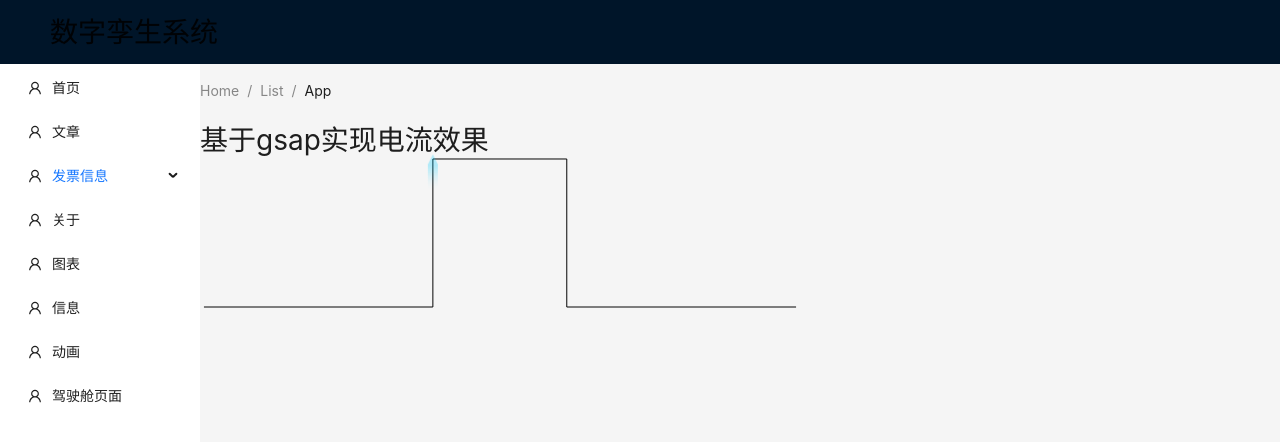
Repository: HailiePan/webpack-react-practice
Page: /animation
These files come from the project's save history. The page is drawn as it stood at one moment and after the next save; the edit follows.
The browser window is 1280 px wide. The pictures show the whole page.
The project was rebuilt for these pictures with package versions that can differ from the ones it lists, and the page was loaded fresh each time. Also part of the build but not shown: src/pages/Animation/component/ScrollAnimation/index.jsx, src/pages/Home.jsx, src/pages/Invoices/index.jsx, src/pages/Invoices/Invoice.jsx, src/pages/Invoices/Pending.jsx, src/pages/Invoices/Complete.jsx, src/components/CommonBox/index.less, src/components/CommonBox/index.jsx and 27 more.

Above is the page before, as saved 2024-01-24 17:00:05.

### index.html
<!--
 * Author  hailie.pan
 * Date  2023-10-08 16:03:03
 * LastEditors  hailie.pan
 * LastEditTime  2023-10-08 16:03:04
 * Description  file content
-->
<!--
 * Author  hailie.pan
 * Date  2023-10-07 17:34:05
 * LastEditors  hailie.pan
 * LastEditTime  2023-10-07 17:34:06
 * Description  file content
-->
<!DOCTYPE html>
<html lang="en">
  <head>
    <meta charset="UTF-8" />
    <meta http-equiv="X-UA-Compatible" content="IE=edge" />
    <meta name="viewport" content="width=device-width, initial-scale=1.0" />
    <title>Document</title>
  </head>
  <body>
    <div id="app"></div>
  </body>
</html>

### src/index.jsx
/*
 * Author  hailie.pan
 * Date  2023-10-07 17:16:58
 * LastEditors  hailie.pan
 * LastEditTime  2023-10-24 17:39:40
 * Description  file content
 */
import React, { StrictMode } from "react";
import * as ReactDOM from "react-dom/client";
import { BrowserRouter, useRoutes } from "react-router-dom";
import { routes } from "@/router";
const App = () => {
  return useRoutes(routes);
};
const root = ReactDOM.createRoot(document.getElementById("app"));
// v18 的新方法
root.render(
  <StrictMode>
    <BrowserRouter>
      <App />
    </BrowserRouter>
  </StrictMode>
);

// BrowserRouter下直接渲染useRoutes,routes里配置好路径对应的组件
// 然后就会显示路径对应的组件
// useRoutes(routes)必须在函数里写着

### src/router/index.js
/*
 * @Author: Hailie.Pan
 * @Date: 2023-11-28 10:30:45
 * @LastEditors: Hailie.Pan
 * @LastEditTime: 2024-01-11 10:41:08
 * @Description:
 */
/*
 * Author  hailie.pan
 * Date  2023-10-13 17:13:27
 * LastEditors  hailie.pan
 * LastEditTime  2023-11-28 10:30:45
 * Description  file content
 */
import React from "react";
import { useRoutes } from "react-router-dom";

import BaseLayout from "@/BaseLayout";

import Home from "@/pages/Home";
import Invoices from "@/pages/Invoices";
import Invoice from "@/pages/Invoices/Invoice";
import Pending from "@/pages/Invoices/Pending";
import Complete from "@/pages/Invoices/Complete";
import About from "@/pages/About";
import Article from "@/pages/Article";
import ControlRoomFirstPage from "@/pages/ControlRoomFirstPage";
import Chart from "@/pages/Chart";
import Info from "@/pages/Info";
import Animation from '@/pages/Animation'

const routes = [
  {
    path: "/",
    element: <BaseLayout />,
    name: "一级场景",
    children: [
      { path: "/home", element: <Home />, name: "首页" },
      { path: "/article", element: <Article />, name: "文章" },
      {
        // path: "/invoices",
        // element: <Invoices />,
        name: "发票信息",
        children: [
          {
            path: "/invoices/invoicesDetail/:id",
            element: <Invoice />,
            name: "发票1详情",
          },
          {
            path: "/invoices/pending",
            element: <Pending />,
            name: "发票2详情",
          },
          {
            path: "/invoices/complete",
            element: <Complete />,
            name: "发票3详情",
          },
        ],
      },

      {
        path: "/about",
        element: <About />,
        name: "关于",
      },
      {
        path: "/chart",
        element: <Chart />,
        name: "图表",
      },
      {
        path: "/info",
        element: <Info />,
        name: "信息",
      },
      {
        path: "/animation",
        element: <Animation />,
        name: "动画",
      },
    ],
  },
  {
    path: "/controlRoomFirstPage",
    element: <ControlRoomFirstPage />,
    name: "驾驶舱页面",
  },
];

export { routes };

### src/BaseLayout/index.jsx
/*
 * Author  hailie.pan
 * Date  2023-10-13 17:28:32
 * LastEditors  hailie.pan
 * LastEditTime  2023-12-04 10:37:50
 * Description  file content
 */

import React, {useEffect, useCallback, useState, useMemo } from 'react';
import { LaptopOutlined, NotificationOutlined, UserOutlined } from '@ant-design/icons';
import { Breadcrumb, Layout, Menu, theme } from 'antd';
import { Link, NavLink, useRoutes, Navigate, Outlet } from 'react-router-dom';
import { gsap } from "gsap";
import { ScrollTrigger } from 'gsap/ScrollTrigger.js'
import { routes } from '@/router';
import StateContext from './data.js';
import styles from './index.less';
import ScrollAnimation from '@/pages/Animation/component/ScrollAnimation'
const { Header, Content, Sider } = Layout;

export default function BaseLayout() {
  // console.log("routes", routes);
  const [selectedMenuKeys, setSelectedMenuKeys] = useState([]);

  // useMemo缓存菜单的计算方法，避免每次刷新时都计算一遍
  // 这个菜单的算法还是不太优美，不好维护
  let showMenu = useMemo(
    () =>
      routes
        .map((item, index) => {
          if (item.children) {
            const arr2 = item.children.map((c, cIndex) => {
              return {
                key: cIndex,
                icon: React.createElement(UserOutlined),
                name: c.name,
                label: (
                  <NavLink to={c.path} state={'From App'}>
                    {c.name}
                  </NavLink>
                ),
                children: c?.children?.map((t, tIndex) => ({
                  key: `${cIndex}-${tIndex}`,
                  icon: React.createElement(UserOutlined),
                  name: t.name,
                  label: <NavLink to={t.path}>{t.name}</NavLink>
                }))
              };
            });
            return arr2;
          } else {
            return {
              key: 'dandu' + index,
              icon: React.createElement(UserOutlined),
              name: item.name,
              label: (
                <NavLink to={item.path} state={'From App'}>
                  {item.name}
                </NavLink>
              )
            };
          }
        })
        .flat(), // arr2是个数组，放到showMenu数组里需要拉平
    []
  );
  showMenu.flat();
  // console.log("showMenu", showMenu);

  const menuArr = [
    {
      key: 0,
      icon: React.createElement(UserOutlined),
      label: (
        <NavLink to="/home" state={'From App'}>
          首页
        </NavLink>
      )
    },

    {
      key: 1,
      icon: React.createElement(LaptopOutlined),
      label: <NavLink to="invoices">发票信息</NavLink>,
      children: [
        {
          key: '1-0',
          label: <NavLink to="/invoices/invoicesDetail/1?a=a&b=b">发票1详情页</NavLink>
        },
        {
          key: '1-1',
          label: <NavLink to="/invoices/pending?fromPage=菜单点击">发票2详情页</NavLink>
        },
        {
          key: '1-2',
          label: (
            <NavLink to="/invoices/complete" state={'左侧菜单点击'}>
              发票3详情页
            </NavLink>
          )
        }
      ]
    },
    {
      key: 2,
      icon: React.createElement(NotificationOutlined),
      label: <NavLink to="about">关于</NavLink>
    },
    {
      key: 3,
      icon: React.createElement(NotificationOutlined),
      label: <NavLink to="controlRoomFirstPage">驾驶舱页面</NavLink>
    },
    {
      key: 4,
      icon: React.createElement(LaptopOutlined),
      label: <NavLink to="article">文章</NavLink>
    }
  ];

  const onSelectMenu = ({ item, key, keyPath, selectedKeys, domEvent }) => {
    setSelectedMenuKeys([key]);
  };

  const [state, setState] = useState('playing');

  // useEffect(()=>{
  //   gsap.registerPlugin(ScrollTrigger)
  //     // 绿色方块
  //     gsap.to("#ewrwer", {
  //       rotation: 900,
  //       x:400,
  //       duration: 1,
  //       scrollTrigger: {
  //         trigger: '#ewrwer', // 动画的元素
  //         scroller: document.getElementById('21321'), // 滚动的元素
  //         scrub: 2,
  //         markers: true,
  //       },

  //     });
  // },[])

  return (
    <Layout className={styles.layoutWrap}>
{/*
      <div className={styles.box} id='21321'>
        <div className={styles.green} id='ewrwer'></div>
        <div style={{height:'1000px'}} />
      </div> */}

      {/* <ScrollAnimation /> */}


      <Header className={styles.header}>
        <div className={styles.logo} />

        <h1>数字孪生系统</h1>
      </Header>

      <Layout>
        <Sider className={styles.sider}>
          <Menu
            mode="inline"
            // defaultSelectedKeys={["0"]}
            // defaultOpenKeys={["sub1"]}
            style={{
              height: '100%',
              borderRight: 0
            }}
            items={showMenu}
            selectedKeys={selectedMenuKeys}
            onSelect={onSelectMenu}
          />
        </Sider>

        <Layout className={styles.rightLayout}>
          <Breadcrumb
            style={{
              margin: '16px 0'
            }}
          >
            <Breadcrumb.Item>Home</Breadcrumb.Item>
            <Breadcrumb.Item>List</Breadcrumb.Item>
            <Breadcrumb.Item>App</Breadcrumb.Item>
          </Breadcrumb>

          <StateContext.Provider value={{ state, setState }}>
            <Content className={styles.content} id='content'>
              <Outlet />
            </Content>
          </StateContext.Provider>
        </Layout>
      </Layout>
    </Layout>
  );
}

### src/pages/Animation/index.jsx
/*
 * @Author: Hailie.Pan
 * @Date: 2024-01-11 10:41:16
 * @LastEditors: Hailie.Pan
 * @LastEditTime: 2024-01-24 15:25:22
 * @Description:
 */
import React, { useRef, useEffect, useState } from 'react';
import { gsap } from 'gsap';
import { ScrollTrigger } from 'gsap/ScrollTrigger.js';
import MoveBox from './component/MoveBox';
import MoveOnPath from './component/MoveOnPath';
import CanvasDraw from './component/CanvasDraw';
import TimeLine from './component/TimeLine';
import ScrollAnimation from './component/ScrollAnimation';
import ScrollAnimation2 from './component/ScrollAnimation2';
import ImitateElectricity from './component/ImitateElectricity';
import DraggableCom from './component/DraggableCom';
import styles from './index.module.less';

export default function Animation() {
  let obj = { myNum: 10, myColor: 'red' };

  useEffect(() => {
    // stagger 依次执行动画
    // gsap.to([boxRef.current, boxRef2.current, boxRef3.current], {
    //   rotation: 360,
    //   stagger:1,
    //   duration:2
    // });

    gsap.to(obj, {
      myNum: 200,
      myColor: 'blue',
      onUpdate: () => {
        console.log('onUpdate', obj.myColor);
      },
      onComplete: () => console.log('onComplete', obj.myNum, obj.myColor)
    });
  }, []);

  return (
    <div className={styles.wrap}>
      {/* <MoveBox /> */}

      {/* 在canvas中驱动元素绘制 */}
      {/* <CanvasDraw /> */}

      {/* 时间线动画 stagger依次错开 */}
      {/* <TimeLine /> */}

      {/* 元素沿SVG路径移动 */}
      {/* <MoveOnPath /> */}

      {/* 把canvas的效果和gsap的效果放在一起对比 */}
      {/* 模拟电流效果 */}
      <ImitateElectricity />

      {/* 滚动动画 */}
      {/* <ScrollAnimation /> */}

      {/* 滚动动画 */}
      {/* <ScrollAnimation2 /> */}

      {/* 可拖拽 */}
      {/* <DraggableCom /> */}
    </div>
  );
}

### src/BaseLayout/data.js
/*
 * Author  hailie.pan
 * Date  2023-11-28 10:20:25
 * LastEditors  hailie.pan
 * LastEditTime  2023-11-28 10:26:27
 * Description  file content
 */
import { createContext } from "react";

const StateContext = createContext({});

export default StateContext;

### src/BaseLayout/index.less
body {
  margin: 0;
  // height: 200vh;
}


.layoutWrap {
  height: 100vh;
  overflow-y: auto;
}

.box{
  height: 200px;
  overflow-y: auto;
  // border: 1px solid rgb(239, 200, 151);
}
.green{
  width: 50px;
  height: 50px;
  background-color: green;
  border-radius: 4px;
  margin: 0 auto;
  position: fixed;
  top: 50%;
  left: 50%;
}
.header {
  display: flex;
  align-items: center;

  .logo {
    width: 100px;
    height: 40px;
    background: rgba(255, 255, 255, 0.5);
    margin-right: 20px;
  }
  h1 {
    color: #fff;
    padding: 0;
    margin: 0;
  }
}
@colorBgContainer: #fff;
.sider {
  width: 200;
  background: @colorBgContainer;
}
.rightLayout {
  padding: 0 24px 24px;
}

.content {
  padding: 24px;
  margin: 0;
  min-height: 280px;
  background: @colorBgContainer;
  // border: 1px solid green; // 高度没有被页面的高度撑开
  // height: auto;
  overflow-y: scroll;
}

### src/pages/home.less
@color: rgb(248, 157, 39);

@font-face {
  font-family: "DIN";
  src: url("@/assets/fonts/庞门正道标题体2.0增强版.ttf");
  font-style: normal;
  font-weight: normal;
}
.wrapper {
  font-weight: 700;
  color: #333;

  ul {
    color: @color;
    // list-style-type: none;
  }
  .fontStyle {
    font-family: "DIN";
  }

  .box {
    height: 500px;
    margin-top: 20px;
    display: flex;
    .item {
      flex-shrink: 1; //属性定义了项目的缩小比例，默认为1，即如果空间不足，该项目将缩小
      flex-grow: 1; // 定义项目的放大比例，默认为0，即如果存在剩余空间，也不放大
      width: 300px;
      background-color: #fce09e;
      border: 1px solid rgb(255, 162, 0);
    }
  }
  .showImg {
    display: flex;
    img {
      width: 100px;
      height: 100px;
      margin-top: 10px;
      display: block;
    }
  }
}

### src/pages/Animation/component/ImitateElectricity/index.jsx
/*
 * @Author: Hailie.Pan
 * @Date: 2024-01-16 22:18:53
 * @LastEditors: Hailie.Pan
 * @LastEditTime: 2024-01-24 16:59:33
 * @Description:
 */
import React, { useEffect, useRef } from 'react';
import { gsap } from 'gsap';
import { MotionPathPlugin, MotionPathHelper } from 'gsap/all';
import { Button } from 'antd';
import styles from './index.module.less';

export default function ImitateElectricity() {
  const jiantou = useRef();
  const jiantou2 = useRef();

  // 注册插件
  gsap.registerPlugin(MotionPathPlugin);
  const tl = gsap.timeline({ repeat: 10 });

  useEffect(() => {
    gsap.set([jiantou.current, jiantou2.current], { scale: 0.5, autoAlpha: 1 });
    gsap.set([jiantou2.current], { opacity: 0 });

    tl.to([jiantou.current], {
      duration: 2,
      ease: 'none',
      immediateRender: true,
      motionPath: {
        path: '#xianlu', // 路径
        align: '#xianlu', // 对齐到路径
        alignOrigin: [0.5, 0.5], // 对齐原点
        autoRotate: 90, // 沿路径方向旋转角度
        end: 0.25
      }
    });
    tl.to([jiantou.current], {
      duration: 0.2,
      opacity: 0
    });

    tl.to(
      [jiantou2.current],
      {
        duration: 0.2,
        opacity: 1
      },
      '<'
    );

    tl.to([jiantou2.current], {
      duration: 1,
      ease: 'none',
      immediateRender: true,
      // stagger: 2, // 间隔时间
      // repeatDelay: 0.5,
      motionPath: {
        path: '#xianlu', // 路径
        align: '#xianlu', // 对齐到路径
        alignOrigin: [0.5, 0.5], // 对齐原点
        autoRotate: 90, // 沿路径方向旋转角度
        start: 0.28,
        end: 0.41
      }
    });
    tl.to([jiantou2.current], {
      duration: 0.25,
      opacity: 0
    });

    // gsap.registerPlugin(MotionPathPlugin, MotionPathHelper)
  }, []);

  return (
    <div>
      <h1>基于gsap实现电流效果</h1>
      {/* svg路径必须是path */}
      <svg class={styles.motionPath} viewBox="0 0 600 152">
        <path fill="none" stroke="#000" d="m0,151h231.97V1h135.69v150h232.35" />
        <path
          id="xianlu"
          fill="none"
          stroke="none"
          d="m0,151h225.12c3.78,0,6.85-3.06,6.85-6.85V8.04c0-3.89,3.15-7.04,7.04-7.04h121.97c3.69,0,6.68,2.99,6.68,6.68v136.63c0,3.69,3,6.69,6.69,6.69h225.66"
        />
      </svg>

      <div className={styles.jiantou} ref={jiantou}></div>
      <div className={styles.jiantou} ref={jiantou2}></div>
    </div>
  );
}

### src/pages/Animation/component/ScrollAnimation/index.module.less

.wrap{
  border:1px solid red;
  height: 600px;
  background-color: #111;
  color: white;
  // overflow-x: hidden;
  overflow-y: scroll;
}
h1, h2 {
  margin: 0;
  font-weight: 400;
  max-width: none;
}
.headerSection{
  height: 400px;
  line-height: 400px;
  border: 1px solid rgb(255, 140, 0);
}

.comparisonSection {
  position: relative;
  padding-bottom: 56.25%; /* to maintain aspect ratio (responsive!) */
  border: 1px solid yellow;

  .comparisonImage {
    width: 100%;
    height: 100%;

    img {
      width: 100%;
      height: 100%;
      position: absolute;
      top: 0;
    }
  }

  .afterImage {
    position: absolute;
    overflow: hidden;
    top: 0;
    transform: translate(100%, 0px);
    img {
      transform: translate(-100%, 0px);
    }
  }
}

### src/pages/Animation/component/ImitateElectricity/index.module.less
.motionPath {
  overflow: visible;
  width: 600px;
  height: 150px;
}

.jiantou {
  width: 20px;
  height: 77px;
  background: url('./assets/jiantou2.png');
}

After the next save:
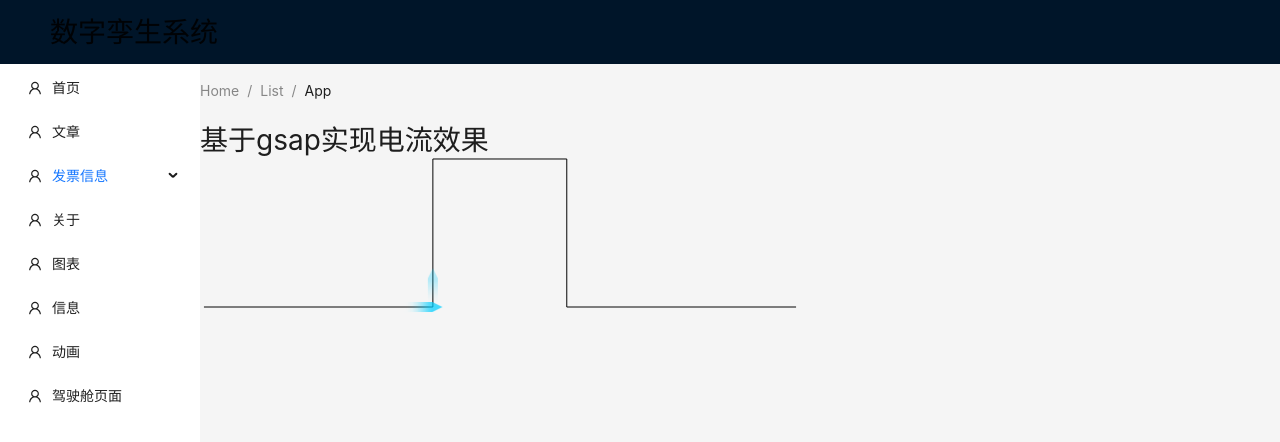
Saved 8 s later.
--- a/src/pages/Animation/component/ImitateElectricity/index.jsx
+++ b/src/pages/Animation/component/ImitateElectricity/index.jsx
@@ -17,9 +17,9 @@ export default function ImitateElectricity() {
 
   // 注册插件
   gsap.registerPlugin(MotionPathPlugin);
-  const tl = gsap.timeline({ repeat: 10 });
 
   useEffect(() => {
+    const tl = gsap.timeline({ repeat: 10 });
     gsap.set([jiantou.current, jiantou2.current], { scale: 0.5, autoAlpha: 1 });
     gsap.set([jiantou2.current], { opacity: 0 });
 
